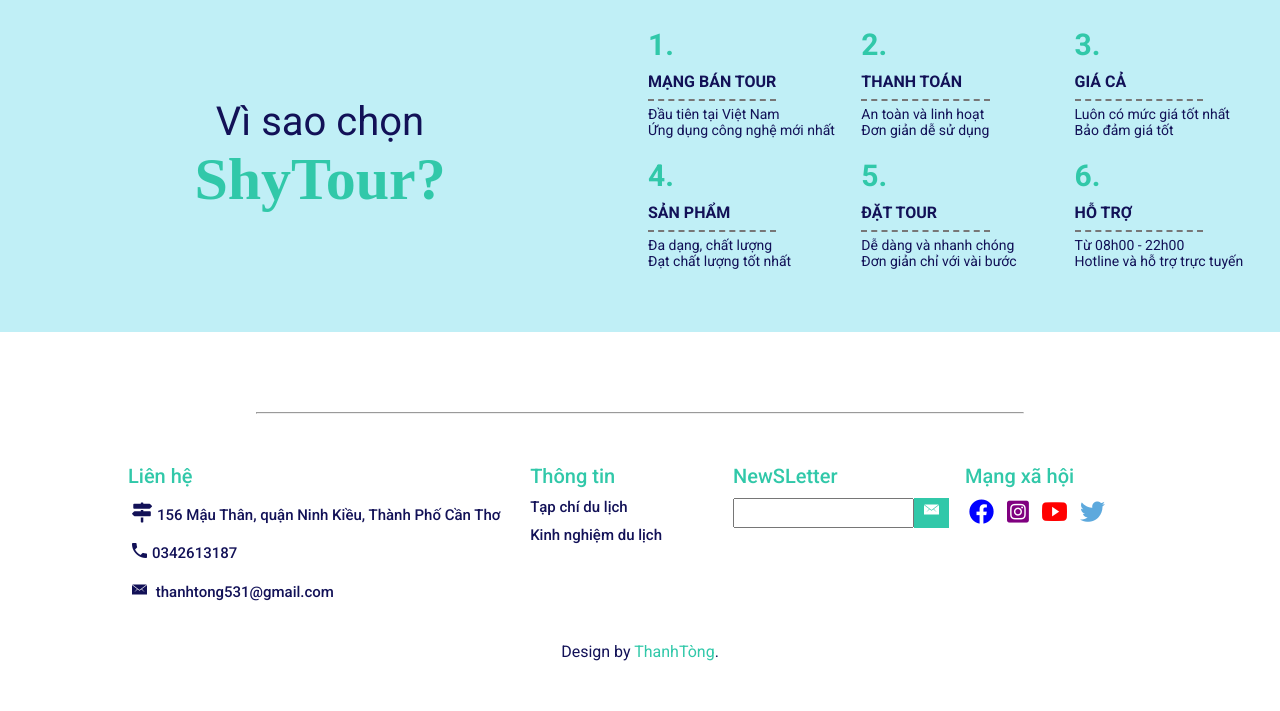
Repository: thanhtong531/tour
Page: index.html
The author's editor kept a copy of each file at every save. The page is drawn from the files as they stood at one save, then again after the next save.
The browser window is 1280 px wide. The pictures show the part of the page from y = 2085 to 2796 px (the page is 2796 px tall).
A picture or video elsewhere on the page could not be fetched, so the positions and the page height are approximate. Some web fonts or font styles are not loaded; a fallback is used.

Above is the page before, as saved 2021-10-05 12:46:47.

After the next save:
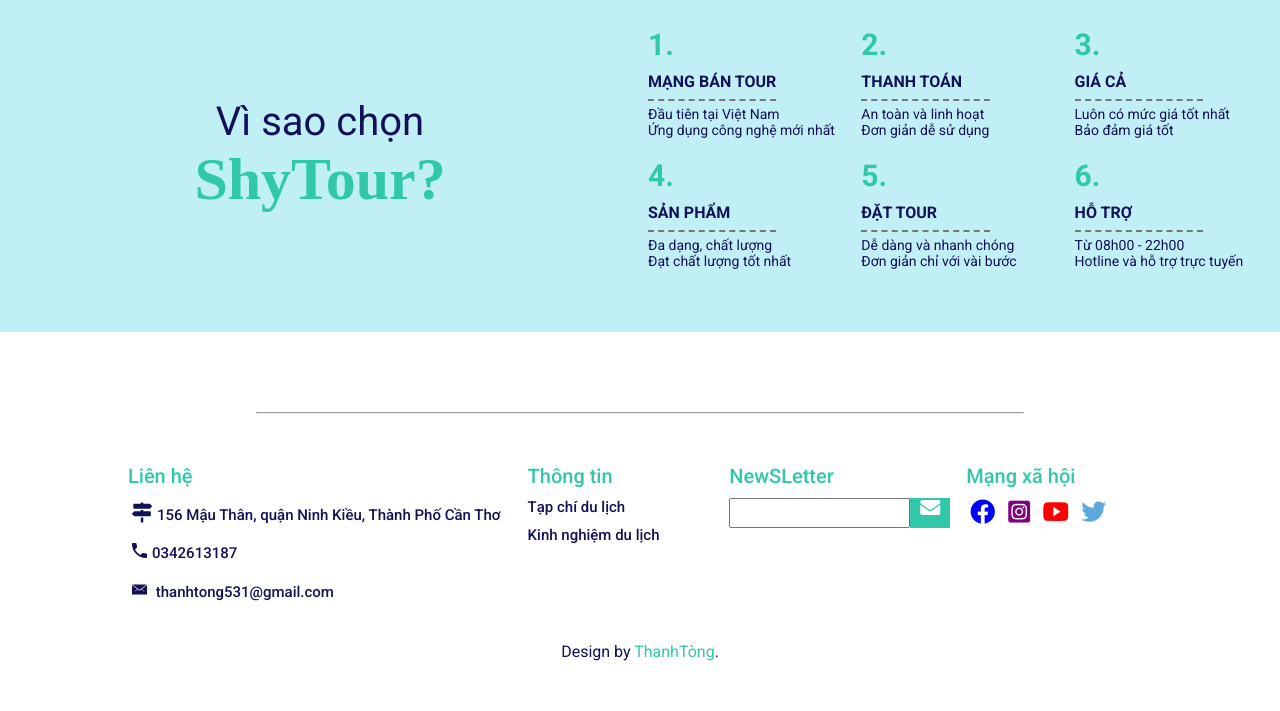
Saved 5 min 31 s later.
--- a/index.html
+++ b/index.html
@@ -375,7 +375,7 @@
                                 NewSLetter
                                 <div class="input">
                                     <input type="text" class="input-newletter">
-                                    <i class="ion-ios-email"></i>
+                                    <i class="fas fa-envelope"></i>
 
                                 </div>
                             </li>
